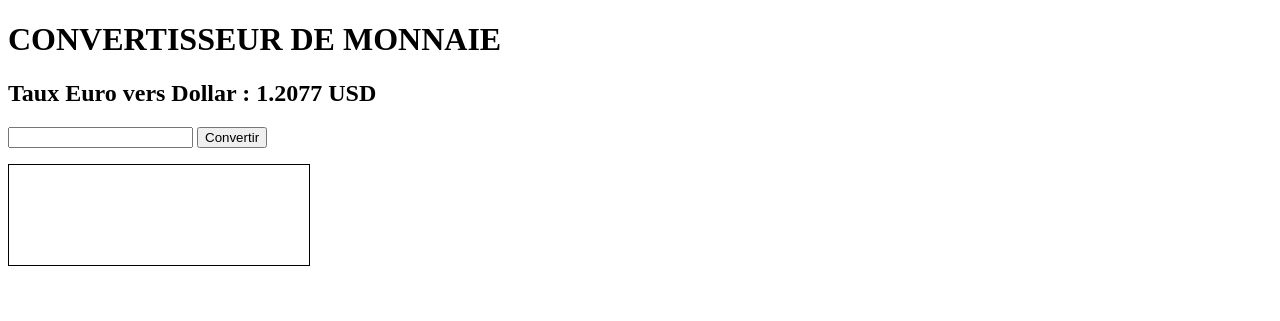
Repository: techmindconsulting/wordshiop-js
Page: index.html
The author's editor kept a copy of each file at every save. The page is drawn from the files as they stood at one save, then again after the next save.
The browser window is 1280 px wide. The pictures show the whole page.

Above is the page before, as saved 2021-01-17 13:04:40.

### index.html
<!DOCTYPE html>
<html lang="en">
<head>
    <meta charset="UTF-8">
    <meta name="viewport" content="width=device-width, initial-scale=1.0">
    <title>Convertisseur</title>
    <script src="conversion.js"></script>
    <style>
        p {
            border: 1px solid black;
            width: 300px;
            height: 100px;
            font-size:
        }
    </style>
</head>
<body>
    <h1>CONVERTISSEUR DE MONNAIE</h1>
    <h2>Taux Euro vers Dollar : 1.2077 USD</h2>
    <input type="text" id="amount">
    <input type="button" value="Convertir" onClick=convertir()>
    <p id="resultat"></p>
</body>
</html>

### conversion.js
function convertir() {
    const CURRENCY = 1.2077;
    let resultat;
    let amount = document.getElementById('amount').value;
    resultat = amount * CURRENCY;

    document.getElementById('resultat').innerText = resultat + ' $';

}

After the next save:
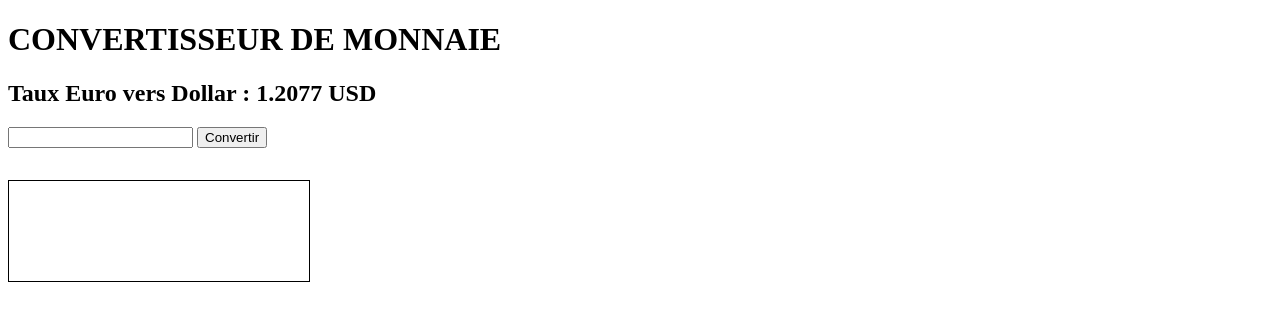
Saved 4 s later.
--- a/index.html
+++ b/index.html
@@ -10,7 +10,8 @@
             border: 1px solid black;
             width: 300px;
             height: 100px;
-            font-size:
+            font-size: 2rem;
+
         }
     </style>
 </head>
